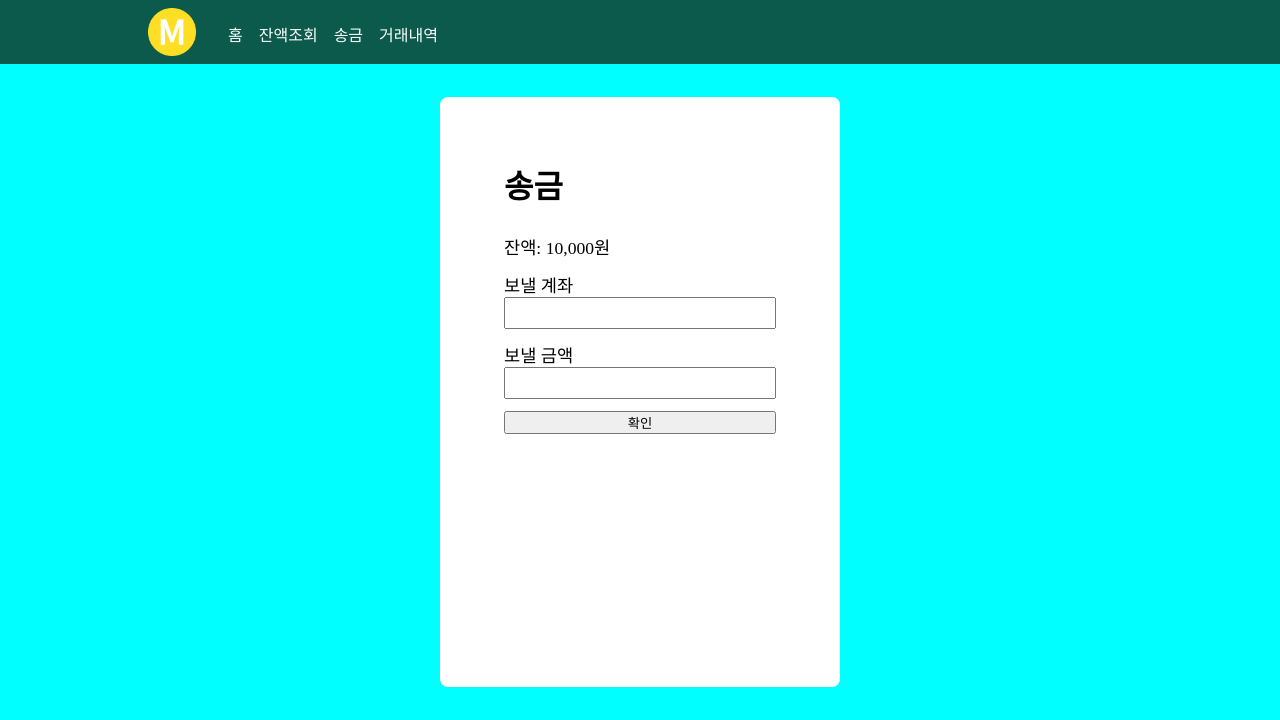
Repository: JiNookk/makaobank
Page: week06/makaoBank/transfer.html
These files come from the project's save history. The page is drawn as it stood at one moment and after the next save; the edit follows.
The browser window is 1280 px wide. The pictures show the whole page.

Above is the page before, as saved 2022-09-13 17:46:09.

After the next save:
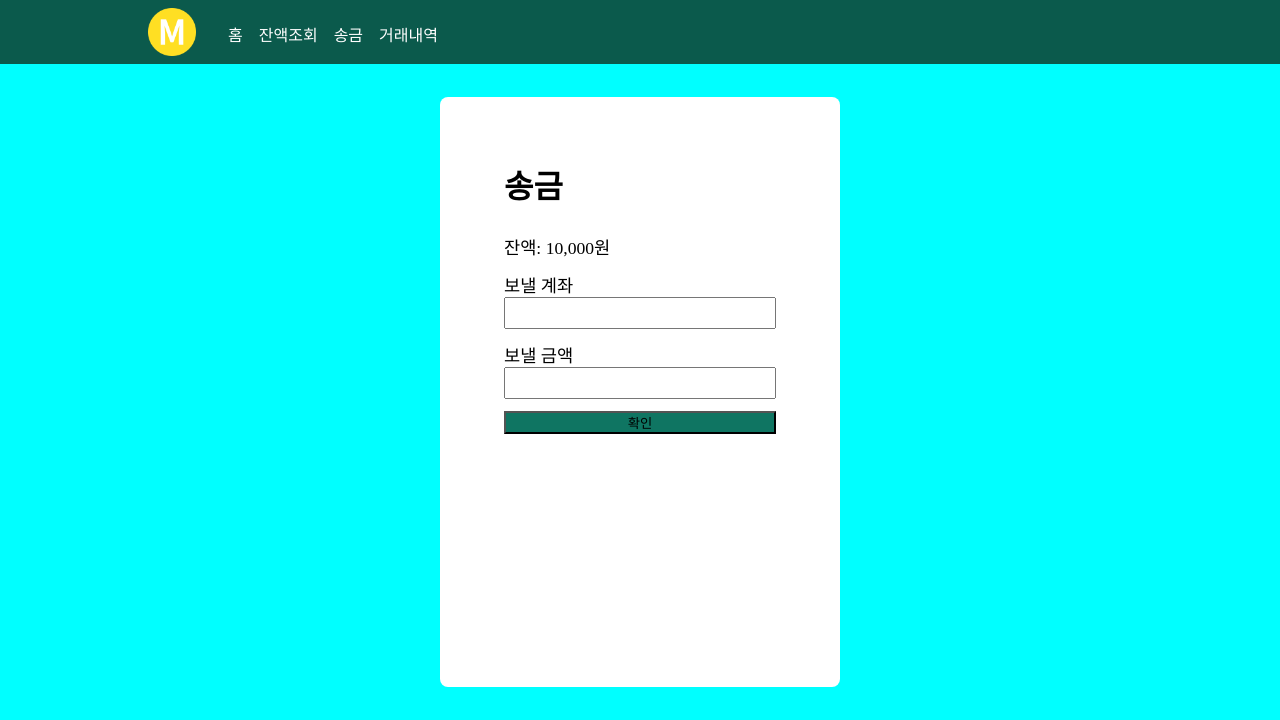
Saved 20 s later.
--- a/week06/makaoBank/css/elements.css
+++ b/week06/makaoBank/css/elements.css
@@ -102,4 +102,5 @@ form button{
 
     width: 100%;
 
+    background-color: rgb(15,117,98);
 }
